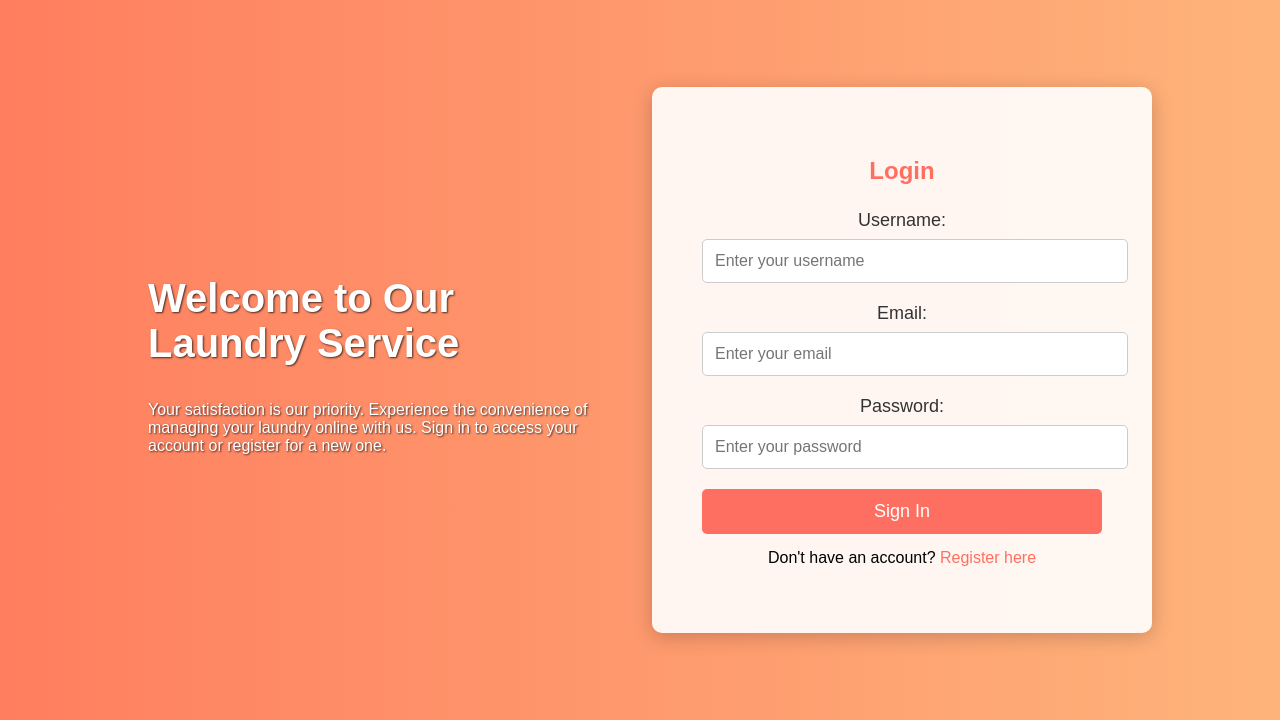
Repository: wmrmweerakoon/Online-Laundry-Management-System
Page: http://localhost/LaundryManagementSystem/Login.jsp
The author's editor kept a copy of each file at every save. The page is drawn from the files as they stood at one save, then again after the next save.
The browser window is 1280 px wide. The pictures show the whole page.
The page is served by Tomcat 9.

Above is the page before, as saved 2024-10-11 18:35:56.

After the next save:
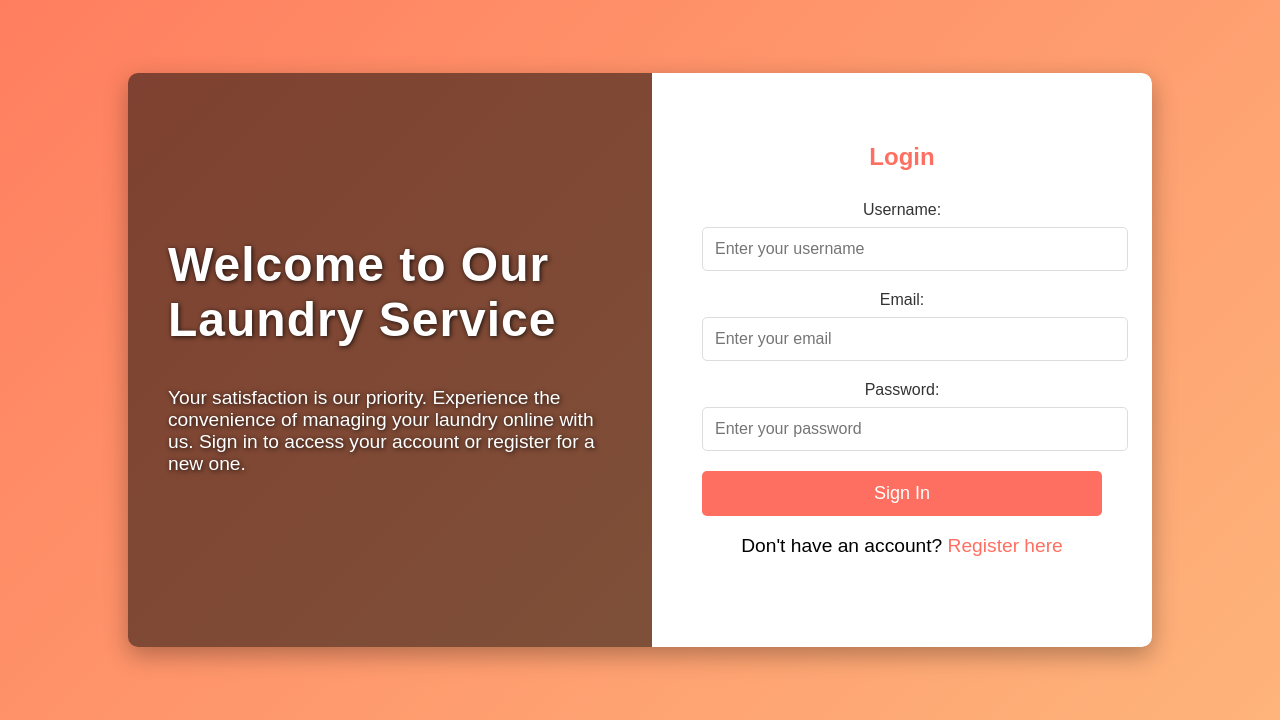
Saved 19 s later.
--- a/Projects/LaundryManagementSystem/src/main/webapp/CSS/Login.css
+++ b/Projects/LaundryManagementSystem/src/main/webapp/CSS/Login.css
@@ -2,51 +2,66 @@ body {
     font-family: 'Arial', sans-serif;
     margin: 0;
     padding: 0;
+    background-color: #f3f4f6;
 }
 
 .login-background {
-    background: linear-gradient(to right, #ff7e5f, #feb47b); /* Colorful gradient */
+    background: linear-gradient(135deg, #ff7e5f, #feb47b); /* Modern gradient */
     display: flex;
     justify-content: center;
     align-items: center;
     height: 100vh;
     position: relative;
+    animation: gradientBG 5s ease infinite alternate;
+}
+
+@keyframes gradientBG {
+    0% { background-position: 0% 50%; }
+    100% { background-position: 100% 50%; }
 }
 
 .content-container {
     display: flex;
-    width: 80%; /* Adjust as needed */
-    max-width: 1200px; /* Optional max width */
+    width: 80%;
+    max-width: 1200px;
+    box-shadow: 0 8px 25px rgba(0, 0, 0, 0.3); /* Deep shadow */
+    border-radius: 10px;
+    overflow: hidden;
 }
 
 .text-content {
-    flex: 1; /* Take up remaining space */
-    color: #fff; /* Text color for better visibility */
-    padding: 20px; /* Padding around text */
+    flex: 1;
+    color: #fff;
+    padding: 40px;
+    background: rgba(0, 0, 0, 0.5); /* Transparent black background */
     display: flex;
     flex-direction: column;
-    justify-content: center; /* Center vertically */
-    text-shadow: 1px 1px 2px rgba(0, 0, 0, 0.7); /* Subtle shadow for better visibility */
+    justify-content: center;
+    text-shadow: 1px 1px 5px rgba(0, 0, 0, 0.8); /* More prominent shadow */
 }
 
 h1 {
-    font-size: 2.5em;
+    font-size: 3em;
     margin-bottom: 20px;
+    letter-spacing: 1px;
+}
+
+p {
+    font-size: 1.2em;
+    margin-bottom: 40px;
 }
 
 .login-container {
-    background-color: rgba(255, 255, 255, 0.9); /* Slightly transparent for a modern look */
+    background-color: #fff;
     padding: 50px;
-    border-radius: 10px;
-    box-shadow: 0 4px 20px rgba(0, 0, 0, 0.2);
+    border-radius: 0 10px 10px 0;
+    text-align: center;
     width: 400px;
-    margin-left: 20px; /* Space between text and login form */
-    text-align: center; /* Center content */
 }
 
 h2 {
     color: #ff6f61;
-    margin-bottom: 25px;
+    margin-bottom: 30px;
 }
 
 .form-group {
@@ -54,24 +69,24 @@ h2 {
 }
 
 label {
-    font-size: 18px;
+    font-size: 16px;
+    display: block;
     color: #333;
+    margin-bottom: 8px;
 }
 
-input[type="text"],
-input[type="email"],
-input[type="password"] {
+input[type="text"], input[type="email"], input[type="password"] {
     width: 100%;
     padding: 12px;
-    margin-top: 8px;
-    border: 1px solid #ccc;
+    border: 1px solid #ddd;
     border-radius: 5px;
     font-size: 16px;
     transition: border-color 0.3s;
 }
 
 input:focus {
-    border-color: #ff6f61; /* Highlight border color on focus */
+    border-color: #ff6f61;
+    box-shadow: 0 0 5px rgba(255, 111, 97, 0.5);
 }
 
 button {
@@ -83,7 +98,7 @@ button {
     border-radius: 5px;
     font-size: 18px;
     cursor: pointer;
-    transition: background-color 0.3s;
+    transition: background-color 0.3s ease;
 }
 
 button:hover {
@@ -96,10 +111,6 @@ button:hover {
     margin-top: 5px;
 }
 
-p {
-    margin-top: 15px;
-}
-
 p a {
     color: #ff6f61;
     text-decoration: none;
